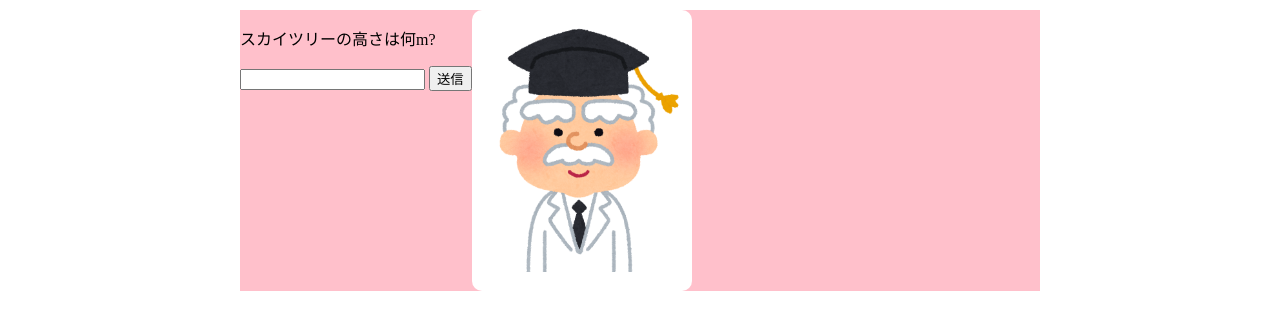
Repository: cshm225/jsplesson
Page: http://localhost/quiz/
These files come from the project's save history. The page is drawn as it stood at one moment and after the next save; the edit follows.
The browser window is 1280 px wide. The pictures show the whole page.
The page is served by Tomcat 9.

Above is the page before, as saved 2022-05-25 04:57:39.

After the next save:
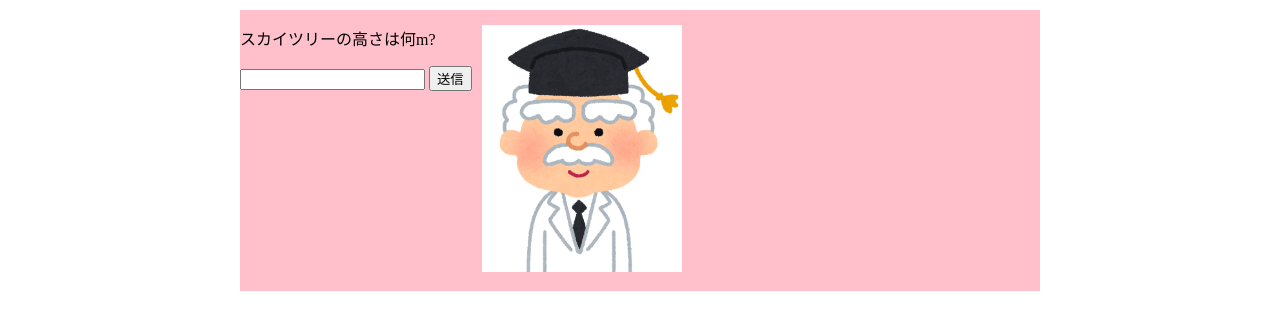
Saved 34 s later.
--- a/quiz/WebContent/css/main.css
+++ b/quiz/WebContent/css/main.css
@@ -10,9 +10,9 @@
 	overflow:hiden;
 	width:200px;
 
-	background:#fff;
 	padding:15px 10px;
 }
 #boxB .imgbox img{
 	width:100%;
+	background:#fff;
 }
